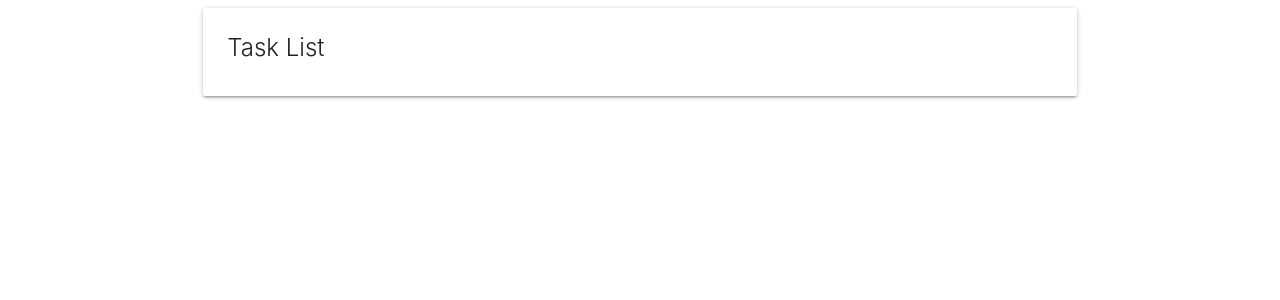
Repository: Carboplatin/TaskListVol2
Page: index.html
These files come from the project's save history. The page is drawn as it stood at one moment and after the next save; the edit follows.
The browser window is 1280 px wide. The pictures show the whole page.

Above is the page before, as saved 2019-06-26 19:07:38.

### index.html
<!DOCTYPE html>
<html lang="en">
<head>
  <meta charset="UTF-8">
  <meta name="viewport" content="width=device-width, initial-scale=1.0">
  <meta http-equiv="X-UA-Compatible" content="ie=edge">
  <link rel="stylesheet" href="https://cdnjs.cloudflare.com/ajax/libs/materialize/1.0.0/css/materialize.min.css">
  <link href="https://stackpath.bootstrapcdn.com/font-awesome/4.7.0/css/font-awesome.min.css" rel="stylesheet" integrity="sha384-wvfXpqpZZVQGK6TAh5PVlGOfQNHSoD2xbE+QkPxCAFlNEevoEH3Sl0sibVcOQVnN" crossorigin="anonymous">
  <title>Task List version2</title>
</head>
<body>
  <div class="container">
    <div class="row">
      <div class="col s12">
        <div id="main" class="card">
          <div class="card-content">
            <span class="card-title">Task List</span>
          </div>
        </div>
      </div>
    </div>
  </div>

  <script
  src="https://code.jquery.com/jquery-3.4.1.js"
  integrity="sha256-WpOohJOqMqqyKL9FccASB9O0KwACQJpFTUBLTYOVvVU="
  crossorigin="anonymous"></script>
  <script src="https://cdnjs.cloudflare.com/ajax/libs/materialize/1.0.0/js/materialize.min.js"></script>
  <!-- script tag for our app js file -->
  <script src="app.js"></script>

</body>
</html>

Loaded but not shown: app.js (no copy from this time; the picture is the same without it)

After the next save:
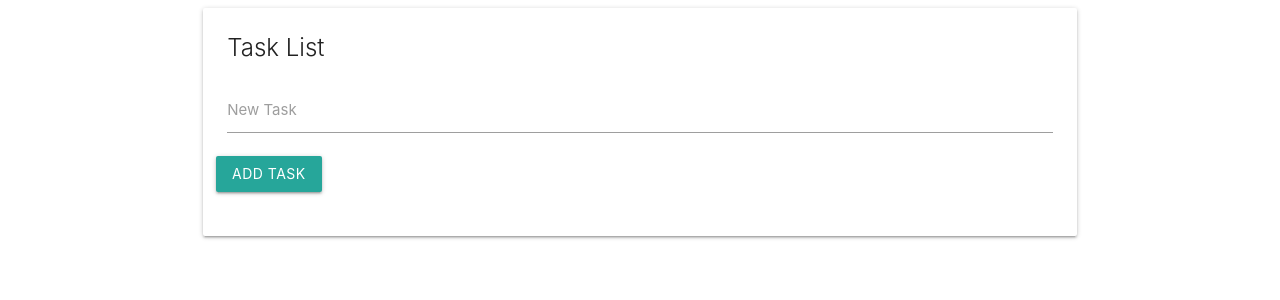
Saved 2 min 58 s later.
--- a/index.html
+++ b/index.html
@@ -15,6 +15,15 @@
         <div id="main" class="card">
           <div class="card-content">
             <span class="card-title">Task List</span>
+            <div class="row">
+              <form id="task-form">
+                <div class="input-field col s12">
+                  <input type="text" name="task" id="task">
+                  <label for="task">New Task</label>
+                </div>
+                <input type="submit" value="Add task" class="btn">
+              </form>
+            </div>
           </div>
         </div>
       </div>
